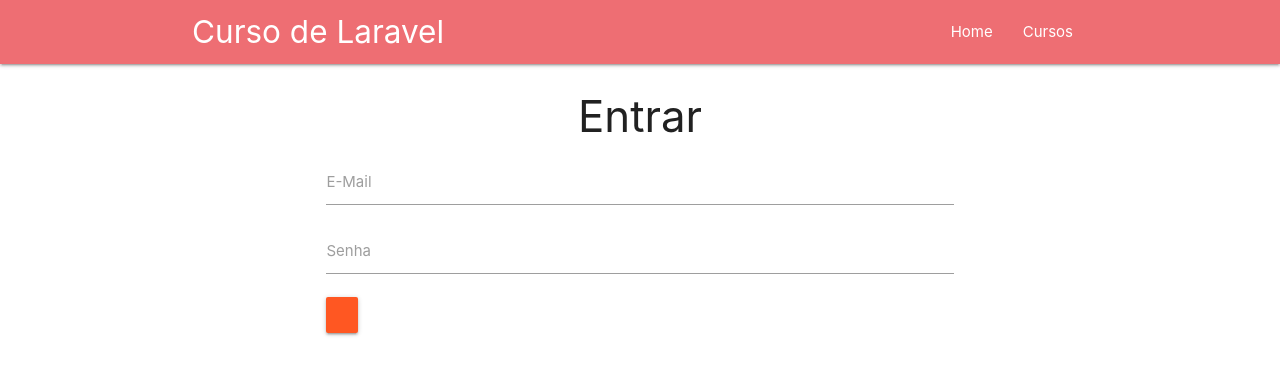
Repository: Kesteves1/Curso_Laravel
Page: http://localhost/login
The author's editor kept a copy of each file at every save. The page is drawn from the files as they stood at one save, then again after the next save.
The browser window is 1280 px wide. The pictures show the whole page.
Some web libraries are served in a nearby version. The page is served by the project's Laravel application, run on PHP 8.4 with Laravel 8. Other server files are loaded and not shown.

Above is the page before, as saved 2022-04-13 09:55:16.
Console error: TypeError: $(...).sideNav is not a function

### routes/web.php
<?php

use App\Http\Controllers\ContatoController;
use App\Http\Controllers\Site\HomeController;
use Illuminate\Support\Facades\Route;
use App\Http\Controllers\Site\LoginController;


/*
|--------------------------------------------------------------------------
| Web Routes
|--------------------------------------------------------------------------
|
| This file is where you may define all of the routes that are handled
| by your application. Just tell Laravel the URIs it should respond
| to using a Closure or controller method. Build something great!
|
*/

/*Route::get('/', function ()
{
    return view('home');
});*/

//Route::get('/', [ContatoController::class, 'index']);
Route::get('/', [HomeController::class, 'index'])->name('site.home');
Route::get('/login', [LoginController::class, 'index'])->name('site.login');
Route::get('/sair', [LoginController::class, 'index'])->name('site.sair');
Route::post('/login/entrar', [LoginController::class, 'entrar'])->name('site.login.entrar');

// Route::post('/contato', ['uses' => 'ContatoController@criar']);

//Route::get('/contato', [ContatoController::class, 'index']);

Route::get('/admin/cursos', [ContatoController::class, 'cursos']);
//Route::get('/admin', [ContatoController::class, 'admin']);

// Route::put('/contato', ['uses' => 'ContatoController@editar']);
//Route::get('/contato/editar', [ContatoController::class, 'editar']);
//Route::get('/contato/criar', [ContatoController::class, 'criar'])->name('contato.criar');



Route::group(['middleware' => 'auth'], function(){

        // Route::post('/admin/cursos/salvar',['as'=>'admin.cursos.salvar','uses'=>'Admin\CursoController@salvar']);
    Route::post('/admin/cursos/salvar', [ContatoController::class, 'salvar'])->name('admin.cursos.salvar');

    // Route::get('/admin/cursos/adicionar',['as'=>'admin.cursos.adicionar','uses'=>'Admin\CursoController@adicionar']);
    Route::get('/admin/cursos/adicionar', [ContatoController::class, 'adicionar'])->name('admin.cursos.adicionar');

    // Route::get('/admin/cursos',['as'=>'admin.cursos','uses'=>'Admin\CursoController@index']);
    Route::get('/admin/cursos/{id?}', [ContatoController::class, 'index'])->name('admin.cursos');

    // Route::get('/admin/cursos/editar/{id}',['as'=>'admin.cursos.editar','uses'=>'Admin\CursoController@editar']);
    Route::get('/admin/cursos/editar/{id}', [ContatoController::class, 'editar'])->name('admin.cursos.editar');

    // Route::put('/admin/cursos/atualizar/{id}',['as'=>'admin.cursos.atualizar','uses'=>'Admin\CursoController@atualizar']);
    Route::put('/admin/cursos/atualizar/{id}', [ContatoController::class, 'atualizar'])->name('admin.cursos.atualizar');

    // Route::get('/admin/cursos/deletar/{id}',['as'=>'admin.cursos.deletar','uses'=>'Admin\CursoController@deletar']);
    Route::get('/admin/cursos/deletar/{id}', [ContatoController::class, 'deletar'])->name('admin.cursos.deletar');

});

### app/Http/Controllers/Site/LoginController.php
<?php

namespace App\Http\Controllers\Site;

use App\Http\Controllers\Controller;
use Illuminate\Http\Request;
use Auth;
use Illuminate\Support\Facades\Auth as FacadesAuth;

class LoginController extends Controller
{
    public function index()
    {
        return view('login.index');
    }
    public function entrar(request $req)
    {
        $dados = $req->all();
        if(FacadesAuth::attempt(['email'=>$dados['email'], 'password'=>$dados['senha']]))
        {
            return redirect()->route('admin.cursos');
        }
        return redirect()->route('login.index');
    }

    public function sair()
    {
        return redirect()->route('site.home');
    }
}

### resources/views/login/index.blade.php
@extends('layout.site')

@section('titulo', 'Contatos')

@section('conteudo')
    <div class="container">
        <h3 class="center">Entrar</h3>
            <div class="row">
                <form class="" method="POST" enctype="multipart/form-data" action="{{route('site.login.entrar')}}">
                        @csrf
                            <div class="container">
                                <div class="input-field">
                                    <input type="text" name="email" >
                                    <label >E-Mail</label>
                                </div>
                                <div class="input-field">
                                    <input type="password" name="senha" >
                                    <label >Senha</label>
                                </div>
                                <button class="btn deep-orange"></button>
                </form>
            </div>
    </div>
@endsection

### resources/views/layout/site.blade.php

@include('layout._includes.topo')

@yield('conteudo')

@include('layout._includes.footer')

### resources/views/layout/_includes/topo.blade.php
<!DOCTYPE html>
<html>

<head>
    <title>@yield('titulo')</title>
    <!--Import Google Icon Font-->
    <link href="https://fonts.googleapis.com/icon?family=Material+Icons" rel="stylesheet">
    <!-- Compiled and minified CSS -->
    <link rel="stylesheet" href="https://cdnjs.cloudflare.com/ajax/libs/materialize/1.0.0/css/materialize.min.css">

    <!--Let browser know website is optimized for mobile-->
    <meta name="viewport" content="width=device-width, initial-scale=1.0" />
</head>

<body>
    <header>

        <nav>
            <div class="container">
                <div class="nav-wrapper deep-orange">
                    <a href="{{route('admin.cursos')}}" class="brand-logo">Curso de Laravel</a>
                    <a href="#" data-target="mobile-demo" class="sidenav-trigger"><i class="material-icons">menu</i></a>
                    <ul class="right hide-on-med-and-down">
                        <li><a href="{{ route('site.home')}}">Home</a></li>
                        <li><a href="{{ route('admin.cursos') }}">Cursos</a></li>
                    </ul>
                </div>
            </div>
        </nav>

        <ul class="sidenav" id="mobile">
            <li><a href="/">Home</a></li>
            <li><a href="{{ route('admin.cursos') }}">Cursos</a></li>
        </ul>


    </header>

### resources/views/layout/_includes/footer.blade.php
<!-- Compiled and minified JavaScript -->
<script type="text/javascript" src="https://code.jquery.com/jquery-2.1.1.min.js"></script>
<script src="https://cdnjs.cloudflare.com/ajax/libs/materialize/1.0.0/js/materialize.min.js"></script>
<script type="text/javascript">


    $(document).ready(function() {

        // Materialize.updatetextFields();
        $(".button-collapse").sideNav();

        document.addEventListener('DOMContentLoaded', function() {
            var elems = document.querySelectorAll('.sidenav');
            var instances = M.Sidenav.init(elems, options);
        });

        // Or with jQuery

        $(document).ready(function() {
            $('.sidenav').sidenav();

        });
    });
</script>

</body>

</html>

Loaded but not shown: app/Http/Controllers/Controller.php (common file)

After the next save:
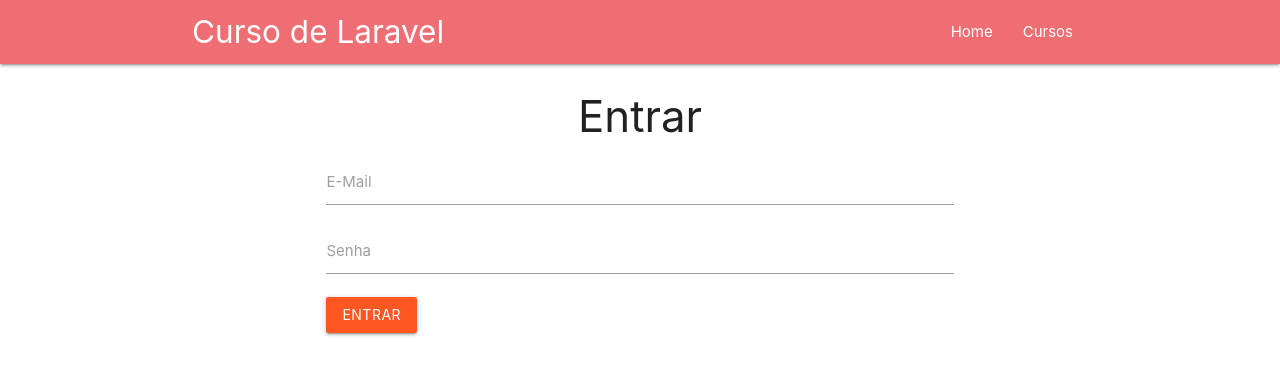
Saved 6 s later.
--- a/resources/views/login/index.blade.php
+++ b/resources/views/login/index.blade.php
@@ -17,7 +17,7 @@
                                     <input type="password" name="senha" >
                                     <label >Senha</label>
                                 </div>
-                                <button class="btn deep-orange"></button>
+                                <button class="btn deep-orange">Entrar</button>
                 </form>
             </div>
     </div>
